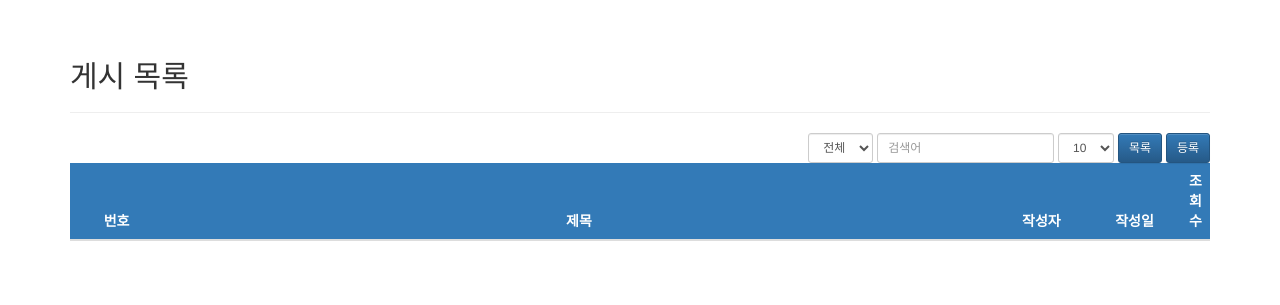
Repository: dongseon-git/WEB_JSP
Page: workspace/studyhtml5/WebContent/bootstrap/boot_list.html
These files come from the project's save history. The page is drawn as it stood at one moment and after the next save; the edit follows.
The browser window is 1280 px wide. The pictures show the whole page.

Above is the page before, as saved 2022-05-24 06:26:28.

After the next save:
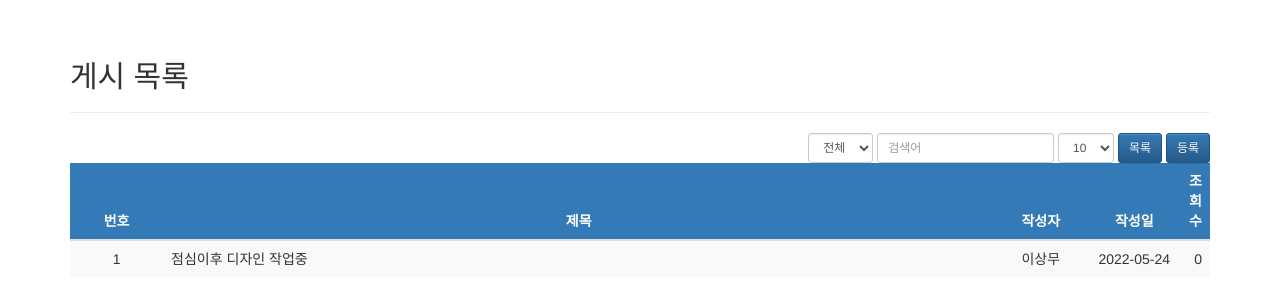
Saved 2 min 52 s later.
--- a/workspace/studyhtml5/WebContent/bootstrap/boot_list.html
+++ b/workspace/studyhtml5/WebContent/bootstrap/boot_list.html
@@ -58,12 +58,25 @@
     <div class="table-responsive">
     <table class="table table-striped">
     <thead class="bg-primary">
-    <th class=" text-center col-sm-1 col-md-1 col-lg-1">번호</th>
-    <th class=" text-center col-sm-6 col-md-6 col-lg-9">제목</th>
-    <th class=" text-center col-sm-2 col-md-2 col-lg-1">작성자</th>
-    <th class=" text-center col-sm-2 col-md-2 col-lg-1">작성일</th>
-    <th class=" text-center col-sm-1 col-md-1 col-lg-1">조회수</th>
+    <tr>
+    <th class="text-center col-sm-1 col-md-1 col-lg-1">번호</th>
+    <th class="text-center col-sm-6 col-md-6 col-lg-9">제목</th>
+    <th class="text-center col-sm-2 col-md-2 col-lg-1">작성자</th>
+    <th class="text-center col-sm-2 col-md-2 col-lg-1">작성일</th>
+    <th class="text-center col-sm-1 col-md-1 col-lg-1">조회수</th>
+    </tr>
     </thead>
+   </tbody>
+   <tr>
+    <td class="text-center col-sm-1 col-md-1 col-lg-1">1</td>
+    <td class="text-left col-sm-6 col-md-6 col-lg-9">점심이후 디자인 작업중</td>
+    <td class="text-center col-sm-2 col-md-2 col-lg-1">이상무</td>
+    <td class="text-center col-sm-2 col-md-2 col-lg-1">2022-05-24</td>
+    <td class="text-right col-sm-1 col-md-1 col-lg-1">0</td>
+    </tr>
+
+
+
     </table>
     </div>
 
